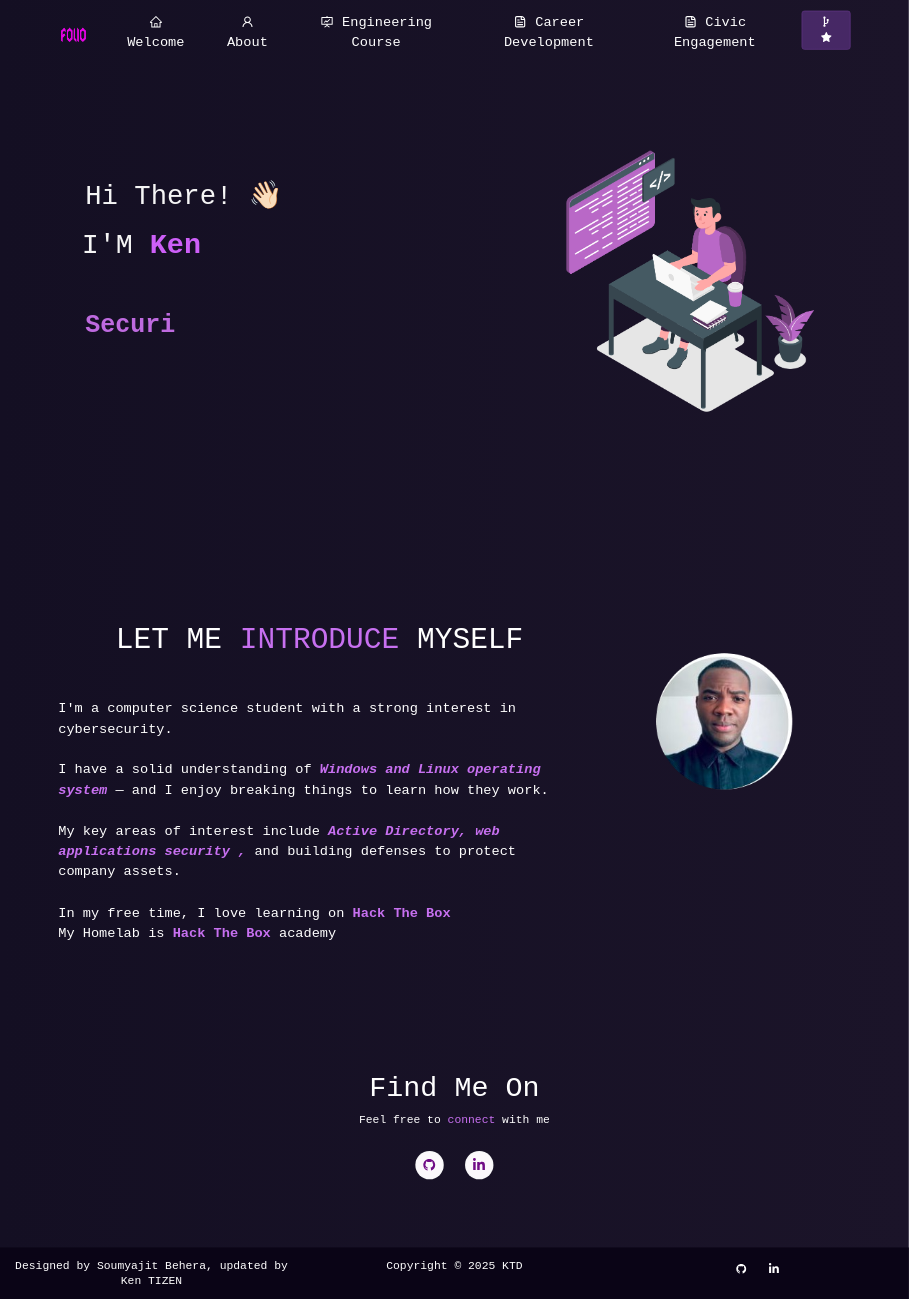
Repository: KenTizen17/ktdportfolio
Page: /
The author's editor kept a copy of each file at every save. The page is drawn from the files as they stood at one save, then again after the next save.
The browser window is 1280 px wide. The pictures show the whole page, at 71% of full size.
Some web fonts or font styles are not loaded; a fallback is used. The project was rebuilt for these pictures with package versions that can differ from the ones it lists, and the page was loaded fresh each time. Also part of the build but not shown: src/components/About/Github.js, src/components/About/Techstack.js, src/components/About/AboutCard.js, src/components/About/Toolstack.js, src/components/About/About.js, src/components/Projects/ProjectCards.js, src/components/Projects/Projects.js, src/components/Resume/ResumeNew.js and 3 more. Imported but missing from the stored project, and not drawn on this page: src/Assets/CVKEN.pdf, src/Assets/CVKENFrench1.pdf, src/Assets/Ken_TIZEN-CEP.pdf.

Above is the page before, as saved 2025-11-30 18:09:39.

After the next save:
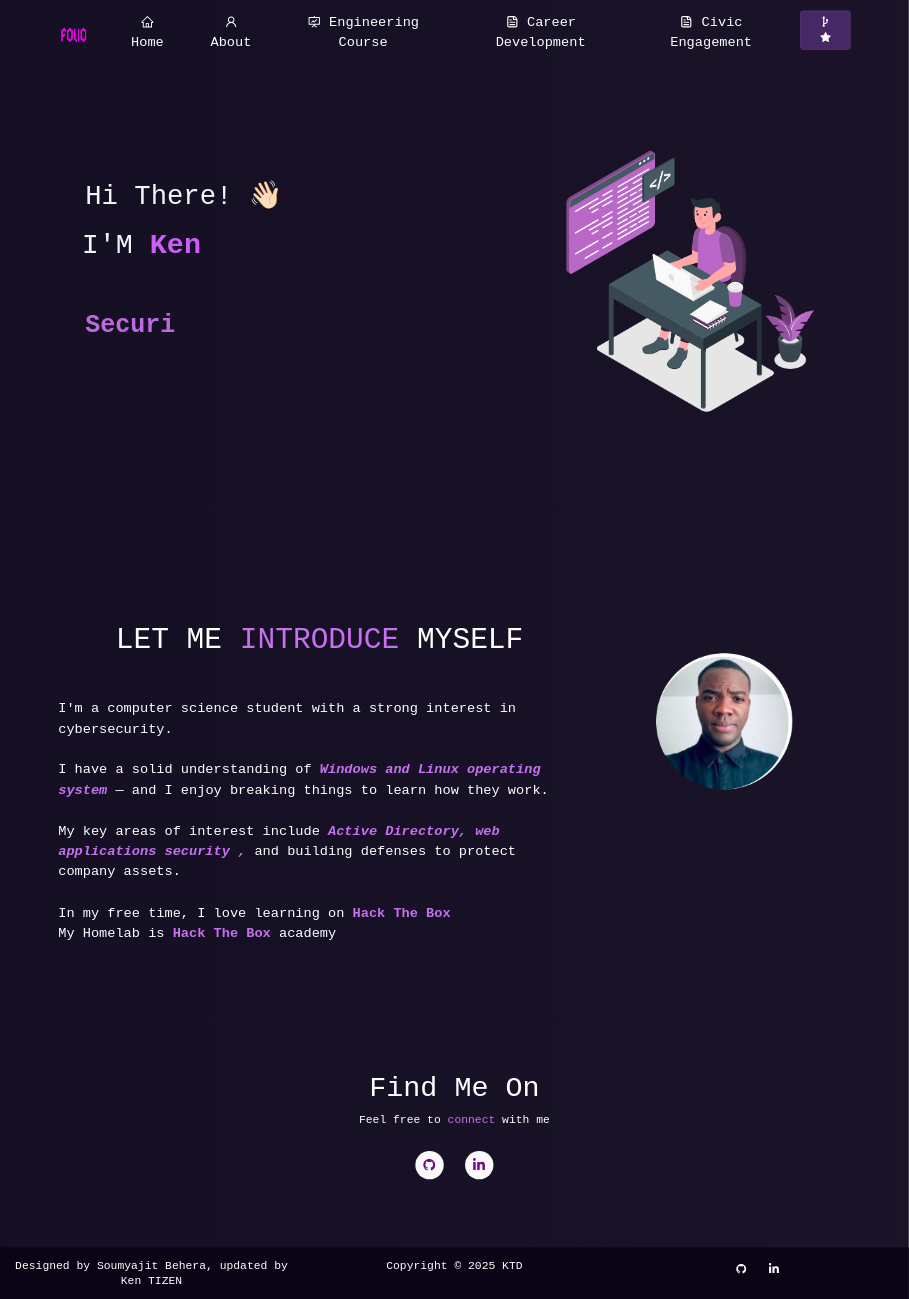
Saved 58 s later.
--- a/src/components/Navbar.js
+++ b/src/components/Navbar.js
@@ -6,6 +6,7 @@
 import Button from "react-bootstrap/Button";
 import { Link } from "react-router-dom";
 import { CgGitFork } from "react-icons/cg";
+import { ImBlog } from "react-icons/im";
 import {
   AiFillStar,
   AiOutlineHome,
@@ -54,7 +55,7 @@
           <Nav className="ms-auto" defaultActiveKey="#home">
             <Nav.Item>
               <Nav.Link as={Link} to="/" onClick={() => updateExpanded(false)}>
-                <AiOutlineHome style={{ marginBottom: "2px" }} /> Welcome
+                <AiOutlineHome style={{ marginBottom: "2px" }} /> Home
               </Nav.Link>
             </Nav.Item>
 

After the 2 saves that followed:
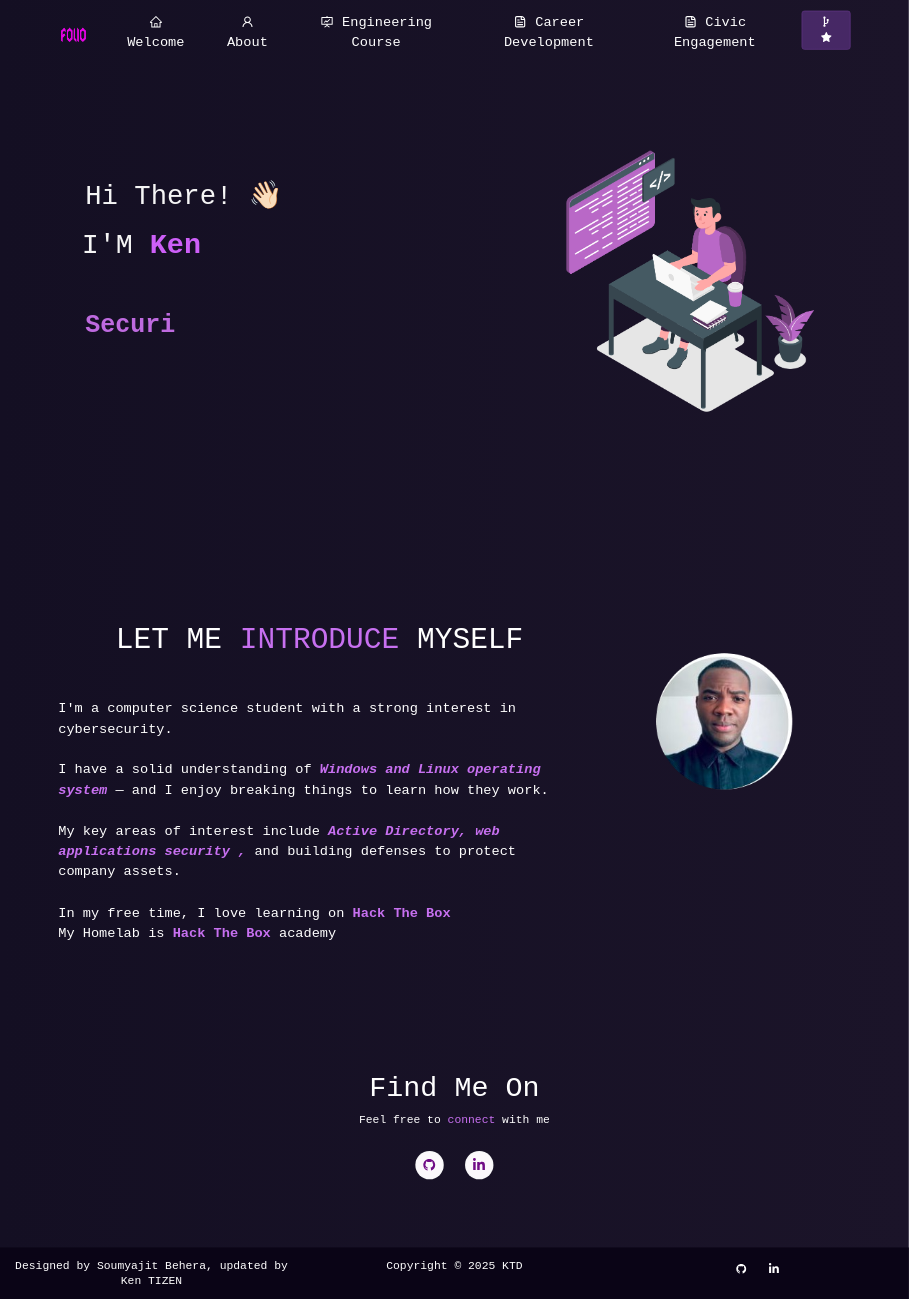
The 2 saves are shown as one change because 1 left the picture as it was.
The last was saved 84 s later.
--- a/src/components/Navbar.js
+++ b/src/components/Navbar.js
@@ -6,7 +6,6 @@
 import Button from "react-bootstrap/Button";
 import { Link } from "react-router-dom";
 import { CgGitFork } from "react-icons/cg";
-import { ImBlog } from "react-icons/im";
 import {
   AiFillStar,
   AiOutlineHome,
@@ -55,7 +54,7 @@
           <Nav className="ms-auto" defaultActiveKey="#home">
             <Nav.Item>
               <Nav.Link as={Link} to="/" onClick={() => updateExpanded(false)}>
-                <AiOutlineHome style={{ marginBottom: "2px" }} /> Home
+                <AiOutlineHome style={{ marginBottom: "2px" }} /> Welcome
               </Nav.Link>
             </Nav.Item>
 
